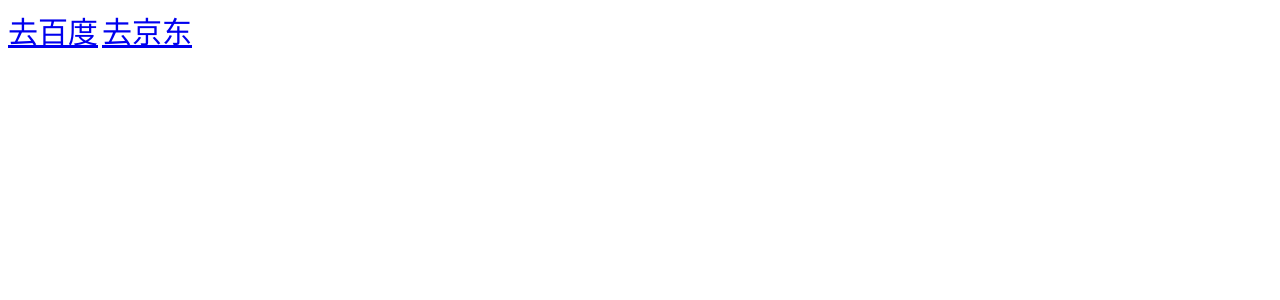
Repository: 123648923/html5-css3
Page: css/05 选择器/11 复合-07-伪类-选择器.html
An editor plug-in stored every save of this project. The page is shown before and after the next save, followed by the edit.
The browser window is 1280 px wide. The pictures show the whole page.

Above is the page before, as saved 2023-10-19 22:42:25.

After the next save:
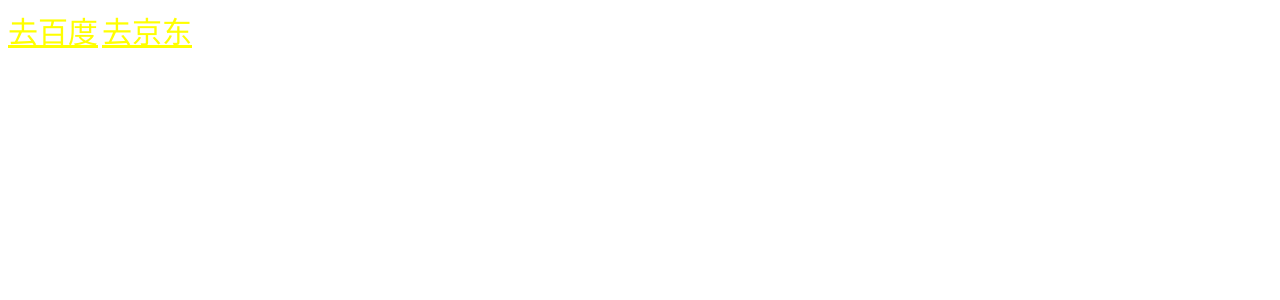
Saved 60 s later.
--- a/css/05 选择器/11 复合-07-伪类-选择器.html
+++ b/css/05 选择器/11 复合-07-伪类-选择器.html
@@ -9,6 +9,9 @@
         a {
             font-size: 30px;
         }
+        a:link{
+            color: yellow;
+        }
     </style>
 </head>
 
